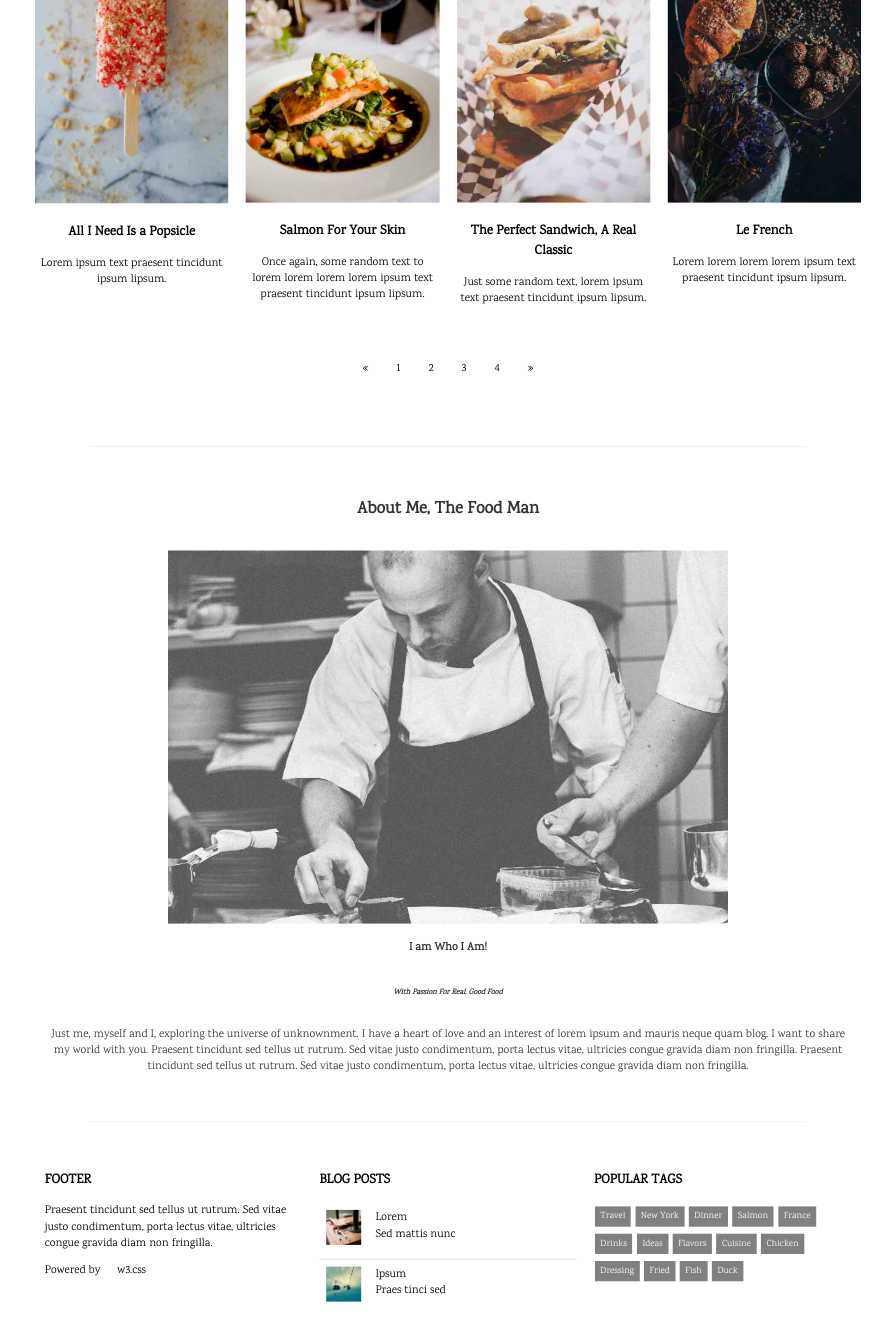
Repository: hesshess/clonecoding-assignment
Page: 3-food-blog/template3.html
These files come from the project's save history. The page is drawn as it stood at one moment and after the next save; the edit follows.
The browser window is 1280 px wide. The pictures show the part of the page from y = 838 to 2758 px (the page is 2758 px tall), at 70% of full size.

Above is the page before, as saved 2022-03-16 20:47:42.

After the next save:
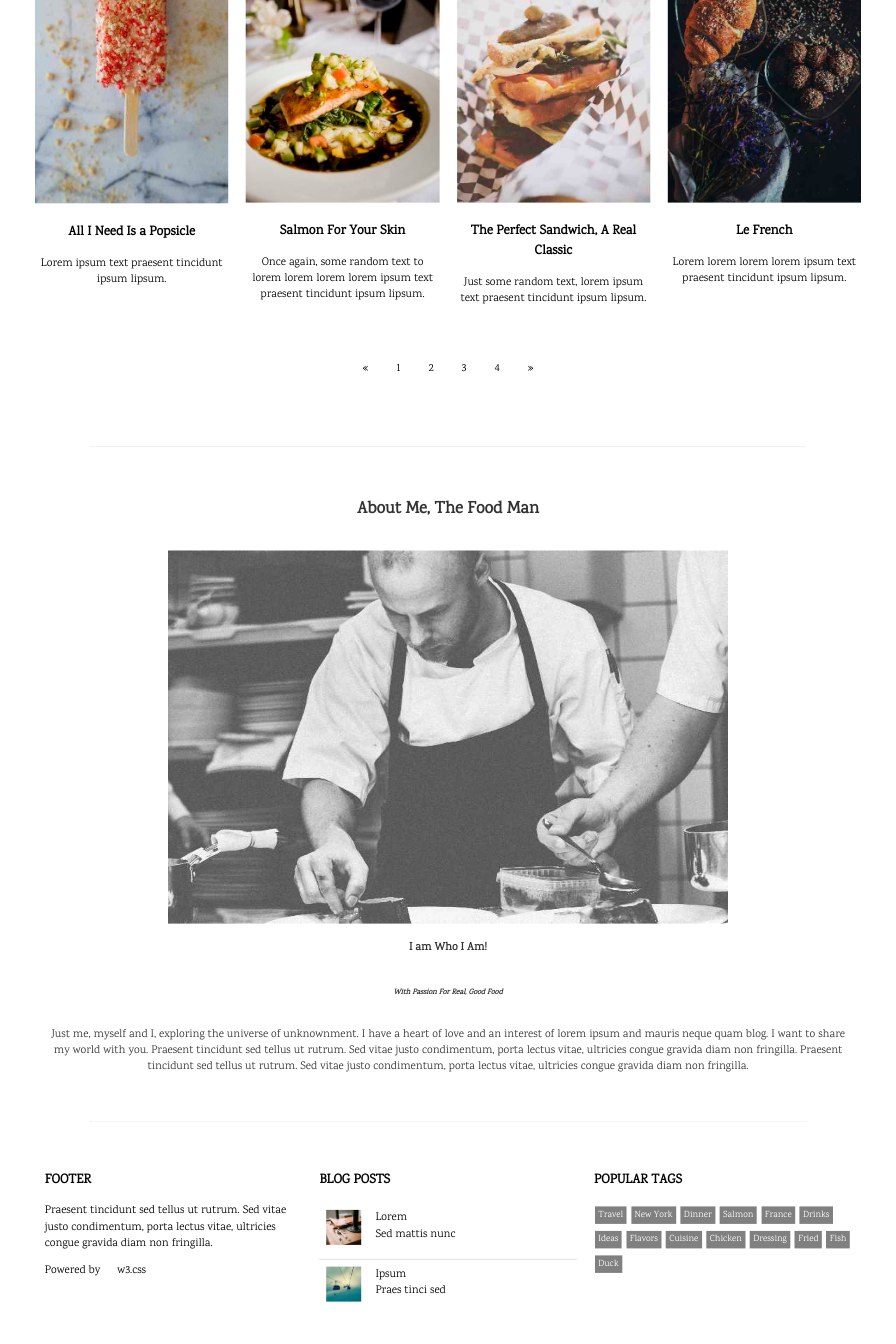
Saved 14 s later.
--- a/3-food-blog/template3.css
+++ b/3-food-blog/template3.css
@@ -93,7 +93,7 @@ li {
 
 .tag {
   font-size: 13px;
-  padding: 5px 8px;
+  padding: 3px 5px;
   display: inline-block;
   background-color: gray;
   color: white;
